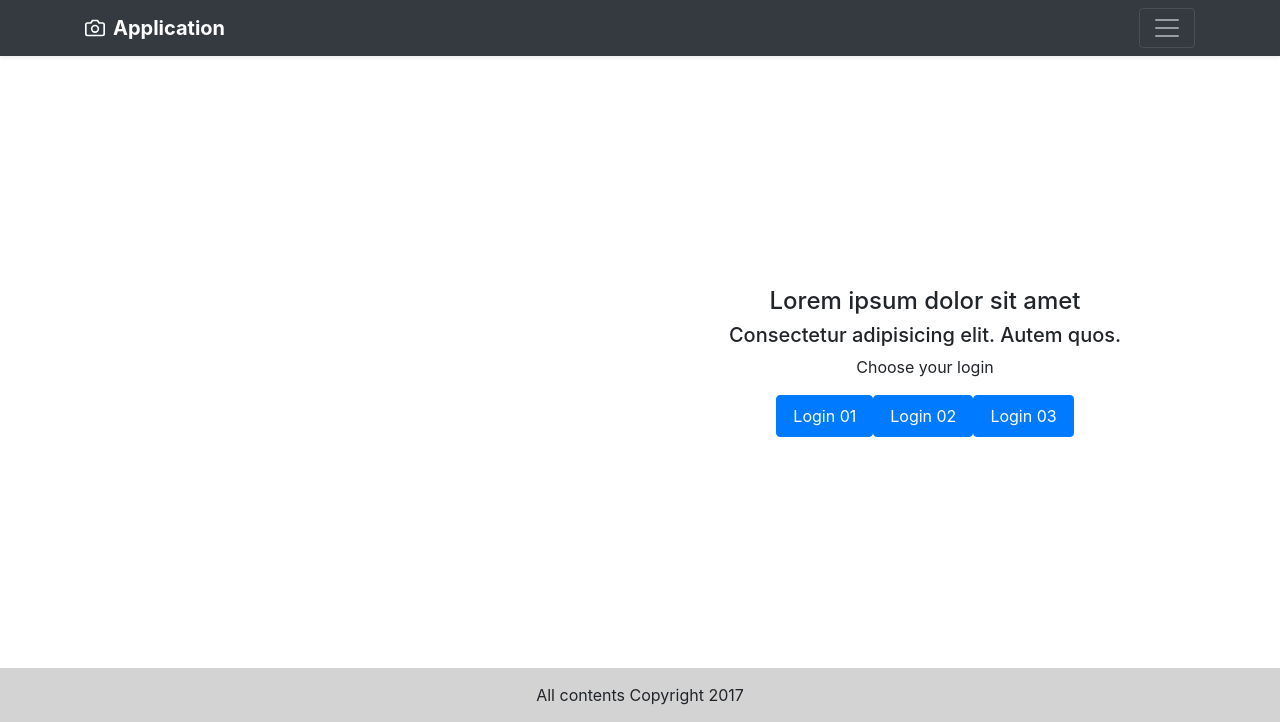
Repository: bijoysen/angular7-landing-login
Page: /
These files come from the project's save history. The page is drawn as it stood at one moment and after the next save; the edit follows.
The browser window is 1280 px wide. The pictures show the whole page.
The project was rebuilt for these pictures with package versions that can differ from the ones it lists, and the page was loaded fresh each time. Also part of the build but not shown: angular.json, src/app/pre/login-one/login-one.component.ts, src/app/pre/login-two/login-two.component.ts, src/app/pre/login-three/login-three.component.ts.

Above is the page before, as saved 2018-12-17 19:00:30.

### src/index.html
<!doctype html>
<html lang="en">
<head>
  <meta charset="utf-8">
  <title>Angular7LandingLogin</title>
  <base href="/">

  <meta name="viewport" content="width=device-width, initial-scale=1">
  <link rel="icon" type="image/x-icon" href="favicon.ico">
</head>
<body>
  <app-root></app-root>
</body>
</html>

### src/app/app.module.ts
import { BrowserModule } from '@angular/platform-browser';
import { NgModule } from '@angular/core';

import { AppRoutingModule } from './app-routing.module';
import { AppComponent } from './app.component';
import { HeaderComponent } from './shared/header/header.component';
import { FooterComponent } from './shared/footer/footer.component';
import { LandingComponent } from './pre/landing/landing.component';
import { LoginOneComponent } from './pre/login-one/login-one.component';
import { LoginTwoComponent } from './pre/login-two/login-two.component';
import { LoginThreeComponent } from './pre/login-three/login-three.component';

@NgModule({
  declarations: [
    AppComponent,
    HeaderComponent,
    FooterComponent,
    LandingComponent,
    LoginOneComponent,
    LoginTwoComponent,
    LoginThreeComponent
  ],
  imports: [
    BrowserModule,
    AppRoutingModule
  ],
  providers: [],
  bootstrap: [AppComponent]
})
export class AppModule { }

### src/app/app.component.ts
import { Component } from '@angular/core';

@Component({
  selector: 'app-root',
  templateUrl: './app.component.html',
  styleUrls: ['./app.component.scss']
})
export class AppComponent {
  title = 'angular7-landing-login';
}

### src/app/app.component.html
<app-header></app-header>
<router-outlet></router-outlet>
<app-landing></app-landing>

<app-footer></app-footer>

### src/app/shared/header/header.component.html
<header>
	<!-- <div class="collapse bg-dark" id="navbarHeader">
		<div class="container">
			<div class="row">
				<div class="col-sm-8 col-md-7 py-4">
					<h4 class="text-white">About</h4>
					<p class="text-muted">Add some information about the album below, the author, or any other background context. Make it a few sentences long so folks can pick up some informative tidbits. Then, link them off to some social networking sites or contact information.</p>
				</div>
				<div class="col-sm-4 offset-md-1 py-4">
					<h4 class="text-white">Contact</h4>
					<ul class="list-unstyled">
						<li><a href="#" class="text-white">Follow on Twitter</a></li>
						<li><a href="#" class="text-white">Like on Facebook</a></li>
						<li><a href="#" class="text-white">Email me</a></li>
					</ul>
				</div>
			</div>
		</div>
	</div> -->
	<div class="navbar navbar-dark bg-dark shadow-sm">
		<div class="container d-flex justify-content-between">
			<a href="#" class="navbar-brand d-flex align-items-center">
				<svg xmlns="http://www.w3.org/2000/svg" width="20" height="20" viewBox="0 0 24 24" fill="none" stroke="currentColor" stroke-width="2" stroke-linecap="round" stroke-linejoin="round" class="mr-2"><path d="M23 19a2 2 0 0 1-2 2H3a2 2 0 0 1-2-2V8a2 2 0 0 1 2-2h4l2-3h6l2 3h4a2 2 0 0 1 2 2z"></path><circle cx="12" cy="13" r="4"></circle></svg>
				<strong>Application</strong>
			</a>
			<button class="navbar-toggler" type="button" data-toggle="collapse" data-target="#navbarHeader" aria-controls="navbarHeader" aria-expanded="false" aria-label="Toggle navigation">
			<span class="navbar-toggler-icon"></span>
			</button>
		</div>
	</div>
</header>

### src/app/shared/footer/footer.component.html
<footer class="pageFooter text-center">
  <p>All contents Copyright 2017</p>
</footer>

### src/app/shared/footer/footer.component.scss
.pageFooter {
    background: #d3d3d3;
    padding: 15px 0;
    p {
        margin-bottom: 0;
    }
}

### src/app/pre/landing/landing.component.html
<section class="pageContent">
	<div class="container">
		<div class="row align-items-center">
			<div class="col-md-6"></div>
			<div class="col-md-6">
				<div class="accountsArea text-center">
					<h4>Lorem ipsum dolor sit amet</h4>
					<h5>Consectetur adipisicing elit. Autem quos.</h5>
					<p>Choose your login</p>
					<ul class="nav justify-content-center">
						<li class="nav-item"><a href="#" class="nav-link btn btn-primary">Login 01</a></li>
						<li class="nav-item"><a href="#" class="nav-link btn btn-primary">Login 02</a></li>
						<li class="nav-item"><a href="#" class="nav-link btn btn-primary">Login 03</a></li>
					</ul>
				</div>
			</div>
		</div>
	</div>
</section>

### src/app/pre/landing/landing.component.scss
.pageContent {
    > .container > .row {
        height: 85vh;
    }
}

Loaded but not shown: src/styles.scss (common file); src/main.ts (common file); src/environments/environment.ts (common file); src/app/app-routing.module.ts (common file); src/app/shared/header/header.component.ts (common file); src/app/shared/footer/footer.component.ts (common file); src/app/pre/landing/landing.component.ts (common file); src/app/shared/header/header.component.scss (no stored copy; drawn as an empty file); src/app/app.component.scss (no stored copy; drawn as an empty file)

After the next save:
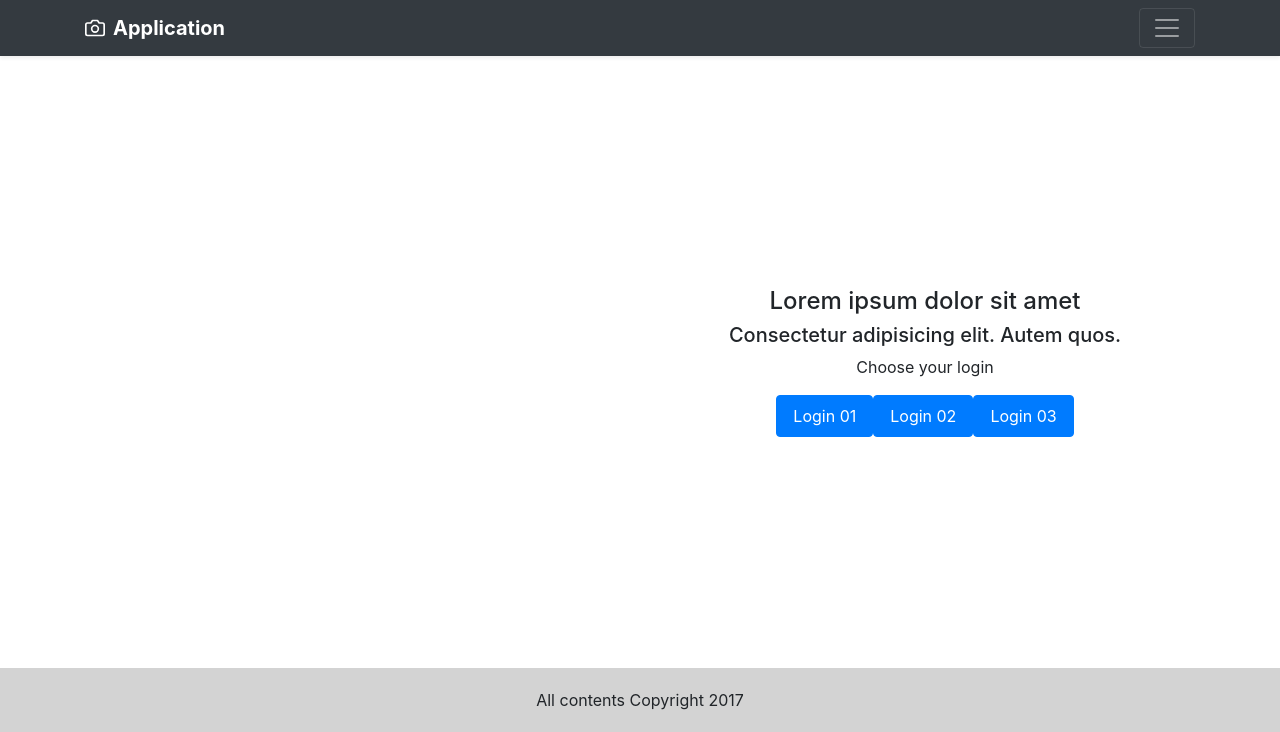
Saved 6 s later.
--- a/src/app/shared/footer/footer.component.scss
+++ b/src/app/shared/footer/footer.component.scss
@@ -1,6 +1,6 @@
 .pageFooter {
     background: #d3d3d3;
-    padding: 15px 0;
+    padding: 20px 0;
     p {
         margin-bottom: 0;
     }
